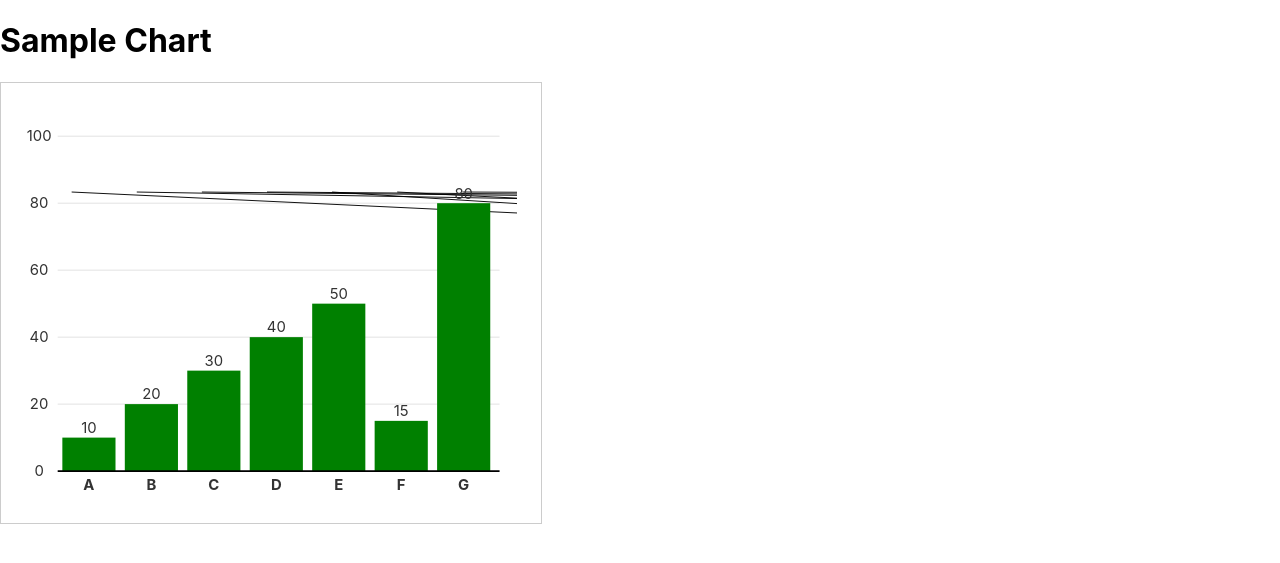
Repository: CaptainJang316/GChart
Page: /
The author's editor kept a copy of each file at every save. The page is drawn from the files as they stood at one save, then again after the next save.
The browser window is 1280 px wide. The pictures show the whole page.
The project was rebuilt for these pictures with package versions that can differ from the ones it lists, and the page was loaded fresh each time. Also part of the build but not shown: src/App.css.

Above is the page before, as saved 2024-11-09 17:20:00.

### src/App.tsx
/* eslint-disable */
import React from 'react';
import './App.css';
import BarChart from './components/Chart/BarChart';
import { Option } from './Model/Option';

function App() {
  const sampleOption: Option = {
    type: 'bar',
    data: [
      { label: 'A', value: 10 },
      { label: 'B', value: 20 },
      { label: 'C', value: 30 },
      { label: 'D', value: 40 },
      { label: 'E', value: 50 },
      { label: 'F', value: 15 },
      { label: 'G', value: 80 },
    ],
    layout: {
      width: 500,
      height: 400,
      axisCnt: 5
    },
    style: {
      color: "green"
    },
    tooltip: true,
    label:  {
      show: true,
      position: 'mid'
    }
  };

  return (
    <div>
      <h1>Sample Chart</h1>
      {/* 차트의 border 없애고, X,Y 축에 대한 컴포넌트들로 더 큰 바운더리 구현해야 함. */}
      {/* => ㄴㄴ. 그냥 단일 SVG로 구현하는 게 훨씬 좋음. */}

      <div className="chart-wrapper">
        <BarChart {...sampleOption}/>
      </div>
    </div>
  );
}

export default App;

### src/components/Chart/BarChart.tsx
/* eslint-disable */
import React from 'react';
import { useAxis } from '../Axis/useAxis';
import { useGrid } from '../Grid/useGrid';
import { Option } from '../../Model/Option';

// interface ChartProps {
//     data: { label: string, value: number }[];
//     width?: number;
//     height?: number;
//     color?: string;
//     axisCnt?: number;
// };

const BarChart: React.FC<Option> = ({
    data,
    title,
    layout: {
        width = 400,
        height = 300,
        axisCnt = 8,
    },
    style: {
        color = '#4A90E2',
    },
    tooltip = true
}) => {
    const values = data.map(item => item.value);
    const {xAxis, yAxis, scales} = useAxis({data: values, width: width, height: height, axisCnt: axisCnt});
    const {gridLines} = useGrid({data: values, scales, width, height, horizontalLineCnt: axisCnt});

    const maxValue = Math.max(...data.map(d => d.value));
    const barWidth = (width - 30) / data.length;
    // const yTicks = 10;
    // const tickValues = Array.from({ length: yTicks }, (_, i) => (maxValue / yTicks) * i);

    return (
        // svg 요소 안에, 차트를 그린다.
        <div style={{ display: 'inline-block', width: `${width}px`, height: `${height}px`}}>
            <svg width='100%' height='100%' viewBox={`0 0 ${width} ${height + 30}`} style={{ border: '1px solid #ccc', padding: '1rem 1.5rem 1.5rem 1rem'}}>
                {
                    title?
                    <g className='title-layer'>
                        <h3>{title.text}</h3>
                        {title.subTitle? <h5>{title.subTitle}</h5> : ''}
                    </g> : ''
                }
                <g className='grid-layer'>
                    {gridLines.horizontal.map((el: { id: React.Key | null | undefined; x1: number ; y1: number ; x2: number ; y2: number; }, index: number) => (
                        <line
                            key={el.id}
                            x1={el.x1}
                            y1={el.y1}
                            x2={el.x2}
                            y2={el.y2}
                            stroke="#e0e0e0"
                            // strokeDasharray="4 4"
                            strokeWidth={1}
                        />
                    ))}
                    {gridLines.vertical.map((el: { id: React.Key | null | undefined; x1: number ; y1: number ; x2: number ; y2: number; }, index: number) => (
                        <line
                            key={el.id}
                            x1={el.x1 + '1rem'}
                            y1={height}
                            x2={el.x2}
                            y2={100}
                            stroke="black"
                            // strokeDasharray="4 4"
                            strokeWidth={1}
                        />
                    ))}
                </g>

                <g className='axis-layer'>
                    {yAxis.ticks.map((tick) => (
                        <text
                            x={5}
                            y={tick.position}
                            textAnchor="middle"
                            // fontSize="10"
                            fill="#333"
                        >
                        {tick.value}
                        </text>
                    ))}
                </g>

                <g className='chart-layer' style={{ marginLeft: '1rem' }}>
                    {data.map((d, i) => {
                        const barHeight = height - scales.yScale(d.value);
                        return (
                            // g는 svg 요소 내에 사용되는 것.
                            // svg에서 그룹을 만드는 역할을 한다.
                            // trangform은 그룹의 위치를 변환하는 데 사용됨.
                            // translate(${i * barWidth}, ${height - barHeight}) <- x축, y축 이동 정도 지정

                            <g key={i} transform={`translate(${i * barWidth}, ${height - barHeight})`}>
                                <rect
                                    width={barWidth - 10}
                                    height={barHeight}
                                    fill={color}
                                    x={30}
                                    y={0}
                                />
                                <text
                                    x={barWidth / 2 + 25}
                                    y={-5}
                                    textAnchor="middle"
                                    // fontSize="10"
                                    fill="#333"
                                >
                                    {d.value}
                                </text>
                            </g>
                        );
                    })}
                </g>

                <g className='bottom-layer'>
                    <line
                        x1={25}
                        y1={height}
                        x2={width}
                        y2={height}
                        stroke="black"
                        // strokeDasharray="4 4"
                        strokeWidth={2}
                    />
                </g>
                <g className='label-layer'>
                    {data.map((d, i) => {
                        let currX = barWidth * i;
                        return (
                            <text
                            x={currX + barWidth / 2 + 25}
                            y={height + 20}
                            textAnchor="middle"
                            // fontSize="12"
                            fontWeight="bold"
                            fill="#333"
                        >
                            {d.label}
                        </text>
                        );
                    })}
                </g>
            </svg>
        </div>
    );
};

export default BarChart;

### src/components/Axis/useAxis.ts
/* eslint-disable */
import { useMemo } from 'react';
import { scaleLinear } from 'd3-scale';

interface AxisProps {
    data: number[];
    width: number;
    height: number;
    axisCnt?: number;
    horizontalPadding?: number; // 좌우 패딩
    topPadding?: number; // 위쪽 패딩
}

export const useAxis = ({
    data,
    width,
    height,
    axisCnt = 6,
    horizontalPadding = 40,
    topPadding = 40
}: AxisProps) => {
    const scales = useMemo(() => {
        // X축 스케일 설정
        const xScale = scaleLinear()
            .domain([0, data.length - 1])
            .range([horizontalPadding, width - horizontalPadding]);

        // Y축 스케일 설정
        const maxValue = Math.max(...data);
        const yMaxValue = getAppropriateMaxValue(maxValue);

        const yScale = scaleLinear()
            .domain([0, yMaxValue])
            // 위쪽 패딩만 적용하고 아래쪽은 height 값 그대로 사용
            .range([height, topPadding]); // -1을 해서 baseline에 정확히 맞춤

        return { xScale, yScale };
    }, [data, width, height, horizontalPadding, topPadding]);

    const xAxis = useMemo(() => {
        return {
            ticks: data.map((_, index) => ({
                value: index,
                position: scales.xScale(index)
            }))
        };
    }, [scales.xScale, data]);

    const yAxis = useMemo(() => {
        const ticks = scales.yScale.ticks(axisCnt);
        return {
            ticks: ticks.map(tick => ({
                value: tick,
                position: scales.yScale(tick) + 5
            }))
        };
    }, [scales.yScale, axisCnt]);

    return { xAxis, yAxis, scales };
};

// 적절한 최대값을 계산하는 헬퍼 함수
function getAppropriateMaxValue(maxValue: number): number {
    const magnitude = Math.pow(10, Math.floor(Math.log10(maxValue)));
    const normalized = maxValue / magnitude;

    if (normalized <= 1) return magnitude;
    if (normalized <= 2) return 2 * magnitude;
    if (normalized <= 5) return 5 * magnitude;
    return 10 * magnitude;
}

### src/components/Grid/useGrid.ts
/* eslint-disable */
import { useMemo } from 'react';

interface GridProps {
    data: number[],
    scales: {
        xScale: any;
        yScale: any;
    },
    width: number,
    height: number
    horizontalLineCnt: number;
}

export const useGrid = ({data, scales, width, height, horizontalLineCnt}: GridProps) => {
    const gridLines = useMemo(() => {
        const vertical = scales.xScale.ticks(data.length - 1).map((tick: number) => ({
            id: `x-${tick}`,
            x1: scales.xScale(tick),
            y1: 0,
            x2: scales.xScale(tick),
            y2: height,
        }));

        const horizontal = scales.yScale.ticks(horizontalLineCnt).map((tick: number) => ({
            id: `y-${tick}`,
            x1: 25,
            y1: scales.yScale(tick),
            x2: width,
            y2: scales.yScale(tick)
        }));

        return {vertical, horizontal};
    }, [scales, width, height]);

    return { gridLines };
}

Loaded but not shown: public/index.html (common file); src/index.tsx (common file); src/index.css (common file); src/reportWebVitals.ts (common file)

After the next save:
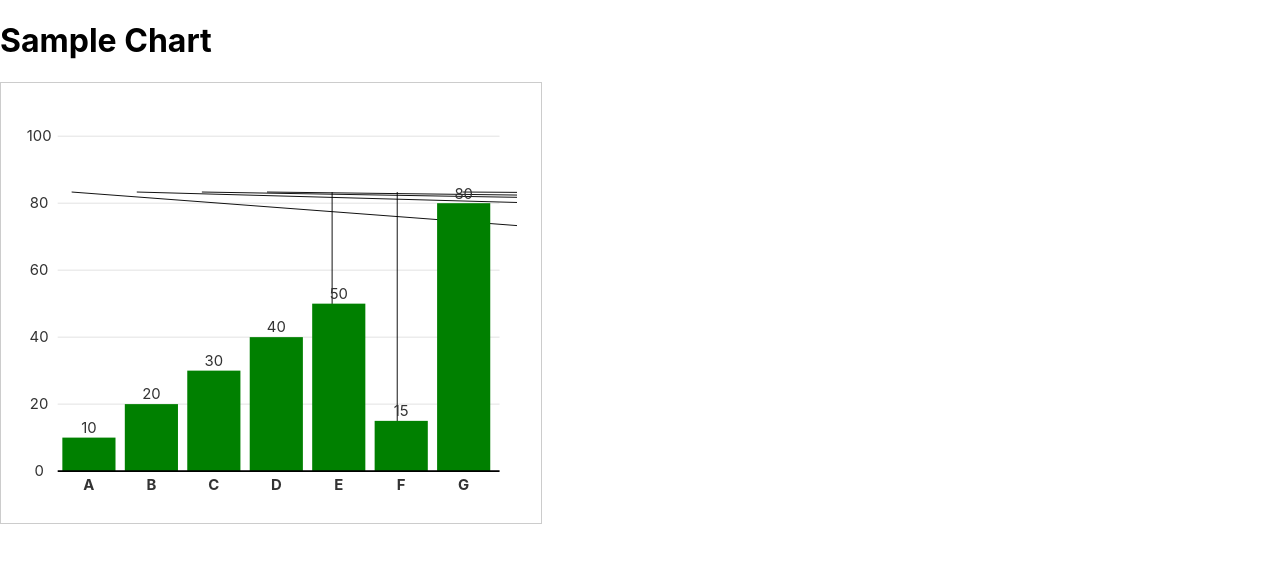
Saved 7 s later.
--- a/src/components/Chart/BarChart.tsx
+++ b/src/components/Chart/BarChart.tsx
@@ -61,7 +61,7 @@ const BarChart: React.FC<Option> = ({
                     {gridLines.vertical.map((el: { id: React.Key | null | undefined; x1: number ; y1: number ; x2: number ; y2: number; }, index: number) => (
                         <line
                             key={el.id}
-                            x1={el.x1 + '1rem'}
+                            x1={el.x1 + '20'}
                             y1={height}
                             x2={el.x2}
                             y2={100}
